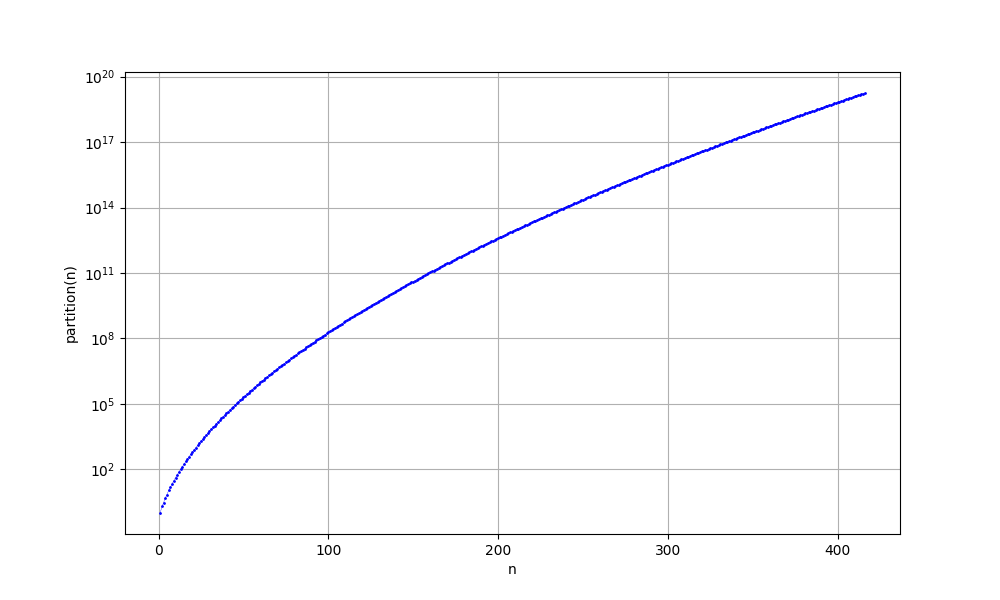
Repository: rizwankaz/partitions
Script's output: python partition_naive_plot.py
An editor plug-in stored every save of this project. The script's output is shown before and after the next save, followed by the edit.
Random numbers start from a fixed seed.

Above is the script's output before, as saved 2024-07-21 16:14:04.

### partition_naive_plot.py
import matplotlib.pyplot as plt

n_values = []
partition_values = []

with open("runtime_data.txt", "r") as file:
    next(file)
    for line in file:
        parts = line.strip().split('\t')
        n = int(parts[0])
        partition = int(parts[1])
        n_values.append(n)
        partition_values.append(partition)

plt.figure(figsize=(10, 6))
plt.plot(n_values, partition_values, marker='o', linestyle='-', color='b', linewidth=0.25, markersize=1)
plt.xlabel('n')
plt.ylabel('partition(n)')
plt.yscale('log')
plt.grid(True)
plt.savefig("partition_plot.png")
plt.show()

### runtime_data.txt
n	partition(n)	runtime
1	1	2.583e-06
2	2	1.25e-06
3	3	1.208e-06
4	5	1.625e-06
5	7	1.5e-06
6	11	1.708e-06
7	15	1.75e-06
8	22	2.125e-06
9	30	2.125e-06
10	42	2.5e-06
11	56	2.5e-06
12	77	3e-06
13	101	3.042e-06
14	135	3.459e-06
15	176	3.667e-06
16	231	4e-06
17	297	4.209e-06
18	385	4.709e-06
19	490	4.917e-06
20	627	5.458e-06
21	792	5.75e-06
22	1002	6.25e-06
23	1255	6.542e-06
24	1575	7.083e-06
25	1958	7.375e-06
26	2436	8.042e-06
27	3010	8.375e-06
28	3718	9.083e-06
29	4565	9.459e-06
30	5604	9.917e-06
31	6842	1.0666e-05
32	8349	1.1167e-05
33	10143	1.1709e-05
34	12310	1.2125e-05
35	14883	1.275e-05
36	17977	1.3417e-05
37	21637	1.4125e-05
38	26015	1.4708e-05
39	31185	1.5417e-05
40	37338	1.6125e-05
41	44583	1.6958e-05
42	53174	1.7667e-05
43	63261	1.8167e-05
44	75175	1.9e-05
45	89134	1.9792e-05
46	105558	2.0625e-05
47	124754	2.1417e-05
48	147273	2.2208e-05
49	173525	2.3042e-05
50	204226	2.3958e-05
51	239943	2.475e-05
52	281589	2.5541e-05
53	329931	2.65e-05
54	386155	2.7458e-05
55	451276	2.8292e-05
56	526823	2.9333e-05
57	614154	3.025e-05
58	715220	4.6542e-05
59	831820	1.9417e-05
60	966467	1.2625e-05
61	1121505	1.2833e-05
62	1300156	1.3167e-05
63	1505499	1.35e-05
64	1741630	1.4e-05
65	2012558	1.4333e-05
66	2323520	1.475e-05
67	2679689	1.5166e-05
68	3087735	1.5583e-05
69	3554345	1.6e-05
70	4087968	1.6375e-05
71	4697205	1.6875e-05
72	5392783	1.7292e-05
73	6185689	1.7917e-05
74	7089500	1.8333e-05
75	8118264	1.8666e-05
76	9289091	1.9125e-05
77	10619863	1.9542e-05
78	12132164	2.0042e-05
79	13848650	2.0542e-05
80	15796476	2.1e-05
81	18004327	2.1625e-05
82	20506255	2.2041e-05
83	23338469	2.2542e-05
84	26543660	2.2959e-05
85	30167357	2.3584e-05
86	34262962	2.4041e-05
87	38887673	2.4625e-05
88	44108109	2.525e-05
89	49995925	2.5667e-05
90	56634173	2.6292e-05
91	64112359	2.6792e-05
92	72533807	2.725e-05
93	82010177	2.8e-05
94	92669720	2.8375e-05
95	104651419	2.9042e-05
96	118114304	2.9709e-05
97	133230930	3.025e-05
98	150198136	3.0958e-05
99	169229875	3.1416e-05
100	190569292	3.2125e-05
101	214481126	3.2583e-05
102	241265379	3.3333e-05
103	271248950	3.4041e-05
104	304801365	3.45e-05
105	342325709	3.5042e-05
106	384276336	3.575e-05
107	431149389	3.6375e-05
108	483502844	3.7083e-05
109	541946240	3.7583e-05
110	607163746	3.825e-05
111	679903203	3.9042e-05
112	761002156	3.9667e-05
113	851376628	4.025e-05
114	952050665	4.75e-05
115	1064144451	4.9875e-05
116	1188908248	4.2625e-05
117	1327710076	4.3167e-05
118	1482074143	4.3958e-05
119	1653668665	4.45e-05
120	1844349560	4.5334e-05
121	2056148051	4.6167e-05
122	2291320912	4.6666e-05
123	2552338241	4.7417e-05
124	2841940500	4.8208e-05
125	3163127352	4.8958e-05
126	3519222692	5.3709e-05
127	3913864295	5.0416e-05
128	4351078600	5.1292e-05
129	4835271870	5.1875e-05
130	5371315400	5.2791e-05
131	5964539504	5.3417e-05
132	6620830889	5.4167e-05
133	7346629512	5.5167e-05
134	8149040695	5.5875e-05
135	9035836076	5.6667e-05
136	10015581680	5.7459e-05
137	11097645016	5.8291e-05
138	12292341831	5.9125e-05
139	13610949895	5.9917e-05
140	15065878135	6.0833e-05
141	16670689208	6.1542e-05
142	18440293320	6.2417e-05
143	20390982757	6.3375e-05
144	22540654445	6.425e-05
145	24908858009	6.5041e-05
146	27517052599	6.5959e-05
147	30388671978	6.6792e-05
148	33549419497	6.7625e-05
149	37027355200	6.875e-05
150	40853235313	6.9541e-05
151	45060624582	7.05e-05
152	49686288421	7.1458e-05
153	54770336324	7.2291e-05
154	60356673280	7.3167e-05
155	66493182097	7.4333e-05
156	73232243759	7.5084e-05
157	80630964769	0.000161292
158	88751778802	0.0001745
159	97662728555	0.000176792
160	107438159466	0.000178291
161	118159068427	0.000180834
162	129913904637	0.000183208
163	142798995930	0.000185
164	156919475295	0.000187167
165	172389800255	0.0001895
166	189334822579	0.000191584
167	207890420102	0.000194
168	228204732751	0.000196375
169	250438925115	0.000198166
170	274768617130	0.000204959
171	301384802048	0.000203334
172	330495499613	0.000205458
173	362326859895	0.000207583
174	397125074750	0.000209791
175	435157697830	0.000212375
176	476715857290	0.00021475
177	522115831195	0.000216833
178	571701605655	0.000219458
179	625846753120	0.000221625
180	684957390936	0.000223625
181	749474411781	0.000225916
182	819876908323	0.000228125
183	896684817527	0.000230416
184	980462880430	0.000233208
185	1071823774337	0.000235708
186	1171432692373	0.000237917
187	1280011042268	0.000240375
188	1398341745571	0.000242792
189	1527273599625	0.0002455
190	1667727404093	0.00024775
191	1820701100652	0.000250917
192	1987276856363	0.000254083
193	2168627105469	0.000256667
194	2366022741845	0.00025875
195	2580840212973	0.000261125
196	2814570987591	0.000263333
197	3068829878530	0.000266
198	3345365983698	0.000269042
199	3646072432125	0.000271375
200	3972999029388	0.00027425
201	4328363658647	0.000236584
202	4714566886083	0.000229834
203	5134205287973	0.000232292
204	5590088317495	0.00023425
205	6085253859260	0.000236375
206	6622987708040	0.00023875
207	7206841706490	0.000240667
208	7840656226137	0.0002435
209	8528581302375	0.000245916
210	9275102575355	0.000248209
211	10085065885767	0.00025125
212	10963707205259	0.000255708
213	11916681236278	0.000255667
214	12950095925895	0.000258125
215	14070545699287	0.000260416
216	15285151248481	0.000262916
217	16601598107914	0.000265166
218	18028182516671	0.000272209
219	19573856161145	0.000282
220	21248279009367	0.000282416
221	23061871173849	0.000273917
222	25025873760111	0.0002765
223	27152408925615	0.000279292
224	29454549941750	0.000281917
225	31946390696157	0.000286708
226	34643126322519	0.000289333
227	37561133582570	0.000290458
228	40718063627362	0.000295792
229	44132934884255	0.000294917
230	47826239745920	0.000297458
231	51820051838712	0.000300125
232	56138148670947	0.00030275
233	60806135438329	0.000305292
234	65851585970275	0.000307583
235	71304185514919	0.000310667
236	77195892663512	0.000312959
237	83561103925871	0.00029425
238	90436839668817	0.000272042
239	97862933703585	0.0002745
240	105882246722733	0.000277083
241	114540884553038	0.00027875
242	123888443077259	0.000280833
243	133978259344888	0.000283625
244	144867692496445	0.000285708
245	156618412527946	0.000288167
246	169296722391554	0.000289917
247	182973889854026	0.000292083
248	197726516681672	0.000294417
249	213636919820625	0.000296916
250	230793554364681	0.000299167
251	249291451168559	0.000301792
252	269232701252579	0.00030425
253	290726957916112	0.000309667
254	313891991306665	0.00030875
255	338854264248680	0.00031425
256	365749566870782	0.000317792
257	394723676655357	0.000318708
258	425933084409356	0.00031825
259	459545750448675	0.000320625
260	495741934760846	0.000325833
261	534715062908609	0.000325541
262	576672674947168	0.000328042
263	621837416509615	0.000333292
264	670448123060170	0.000333084
265	722760953690372	0.000335458
266	779050629562167	0.000340584
267	839611730366814	0.000340334
268	904760108316360	0.000342917
269	974834369944625	0.000329083
270	1050197489931117	0.000301833
271	1131238503938606	0.000304417
272	1218374349844333	0.000310792
273	1312051800816215	0.000316791
274	1412749565173450	0.000322
275	1520980492851175	0.00031575
276	1637293969337171	0.000315375
277	1762278433057269	0.000317584
278	1896564103591584	0.00031975
279	2040825852575075	0.000321916
280	2195786311682516	0.00032425
281	2362219145337711	0.000326625
282	2540952590045698	0.000328834
283	2732873183547535	0.000330917
284	2938929793929555	0.0003335
285	3160137867148997	0.000335833
286	3397584011986773	0.000365209
287	3652430836071053	0.00034325
288	3925922161489422	0.000342791
289	4219388528587095	0.000345125
290	4534253126900886	0.0003475
291	4872038056472084	0.000349792
292	5234371069753672	0.000352209
293	5622992691950605	0.000357459
294	6039763882095515	0.000367208
295	6486674127079088	0.000359667
296	6965850144195831	0.000361833
297	7479565078510584	0.000364291
298	8030248384943040	0.000366667
299	8620496275465025	0.000369125
300	9253082936723602	0.000371459
301	9930972392403501	0.000379959
302	10657331232548839	0.000397459
303	11435542077822104	0.000378958
304	12269218019229465	0.000348167
305	13162217895057704	0.000341792
306	14118662665280005	0.000341167
307	15142952738857194	0.000343375
308	16239786535829663	0.000348292
309	17414180133147295	0.000350583
310	18671488299600364	0.000349959
311	20017426762576945	0.000352417
312	21458096037352891	0.000354417
313	23000006655487337	0.000356792
314	24650106150830490	0.000358791
315	26415807633566326	0.000365042
316	28305020340996003	0.000365667
317	30326181989842964	0.000366541
318	32488293351466654	0.000370666
319	34800954869440830	0.000370292
320	37274405776748077	0.000391166
321	39919565526999991	0.000377416
322	42748078035954696	0.000377
323	45772358543578028	0.000379375
324	49005643635237875	0.00038175
325	52462044228828641	0.000380542
326	56156602112874289	0.000346125
327	60105349839666544	0.000348208
328	64325374609114550	0.000350375
329	68834885946073850	0.000355584
330	73653287861850339	0.000354708
331	78801255302666615	0.000356833
332	84300815636225119	0.000358833
333	90175434980549623	0.000360875
334	96450110192202760	0.000363125
335	103151466321735325	0.000365334
336	110307860425292772	0.000367417
337	117949491546113972	0.000372167
338	126108517833796355	0.000371458
339	134819180623301520	0.000373625
340	144117936527873832	0.000390417
341	154043597379576030	0.000378208
342	164637479165761044	0.000380209
343	175943559810422753	0.000382583
344	188008647052292980	0.000384875
345	200882556287683159	0.000387084
346	214618299743286299	0.00038925
347	229272286871217150	0.000415208
348	244904537455382406	0.000426333
349	261578907351144125	0.000416125
350	279363328483702152	0.00041275
351	298330063062758076	0.0004005
352	318555973788329084	0.000373666
353	340122810048577428	0.000370333
354	363117512048110005	0.000374958
355	387632532919029223	0.000374416
356	413766180933342362	0.000376458
357	441622981929358437	0.000381333
358	471314064268398780	0.000380833
359	502957566506000020	0.000382916
360	536679070310691121	0.000385125
361	572612058898037559	0.000394625
362	610898403751884101	0.000388958
363	651688879997206959	0.000391166
364	695143713458946040	0.000393375
365	741433159884081684	0.000395417
366	790738119649411319	0.000406625
367	843250788562528427	0.000388791
368	899175348396088349	0.000370083
369	958728697912338045	0.000375334
370	1022141228367345362	0.000374333
371	1089657644424399782	0.000376417
372	1161537834849962850	0.000378208
373	1238057794119125085	0.0003805
374	1319510599727473500	0.000384917
375	1406207446561484054	0.000384416
376	1498478743590581081	0.000386667
377	1596675274490756791	0.000391334
378	1701169427975813525	0.000390459
379	1812356499739472950	0.000392459
380	1930656072350465812	0.0003945
381	2056513475336633805	0.0003965
382	2190401332423765131	0.000398708
383	2332821198543892336	0.000416458
384	2484305294265418180	0.000403209
385	2645418340688763701	0.000404833
386	2816759503217942792	0.000406958
387	2998964447736452194	0.00040025
388	3192707518433532826	0.000384417
389	3398704041358160275	0.000386416
390	3617712763867604423	0.000388334
391	3850538434667429186	0.000390333
392	4098034535626594791	0.000392417
393	4361106170762284114	0.000394417
394	4640713124699623515	0.00039625
395	4937873096788191655	0.000398375
396	5253665124416975163	0.000400959
397	5589233202595404488	0.000402458
398	5945790114707874597	0.000404583
399	6324621482504294325	0.000406375
400	6727090051741041926	0.00040825
401	7154640222653942321	0.000410334
402	7608802843339879269	0.0004125
403	8091200276484465581	0.0004475
404	8603551759348655060	0.000426292
405	9147679068859117602	0.000429958
406	9725512513742021729	0.000433292
407	10339097267123947241	0.000427292
408	10990600063775926994	0.000427375
409	11682316277192317780	0.000425917
410	12416677403151190382	0.000428625
411	13196258966925435702	0.000424458
412	14023788883518847344	0.000401375
413	14902156290309948968	0.000403417
414	15834420884488187770	0.000405417
415	16823822787139235544	0.000407291
416	17873792969689876004	0.000411875

After the next save:
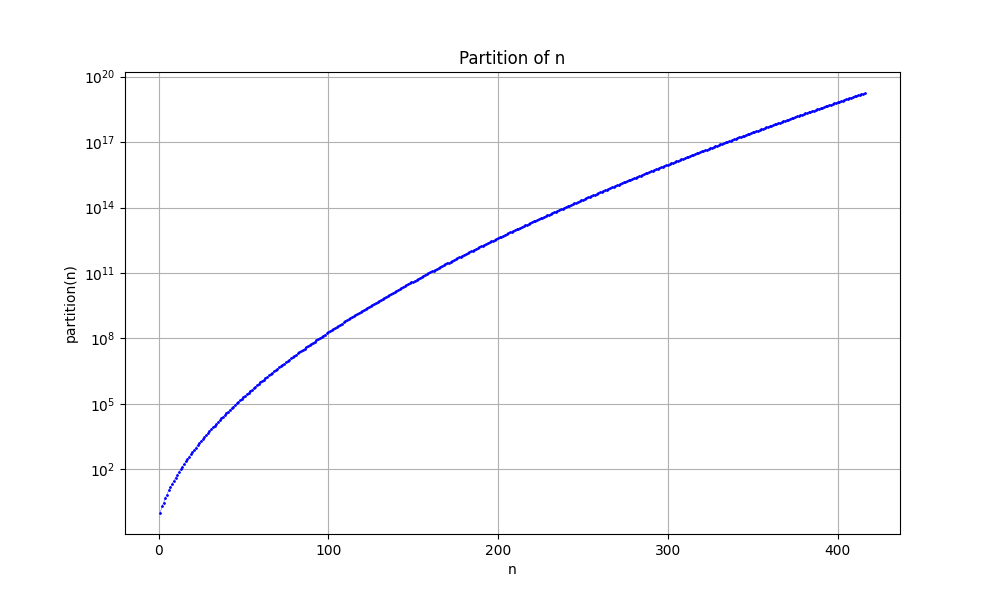
Saved 30 s later.
--- a/partition_naive_plot.py
+++ b/partition_naive_plot.py
@@ -16,6 +16,7 @@ plt.figure(figsize=(10, 6))
 plt.plot(n_values, partition_values, marker='o', linestyle='-', color='b', linewidth=0.25, markersize=1)
 plt.xlabel('n')
 plt.ylabel('partition(n)')
+plt.title('Partition of n')
 plt.yscale('log')
 plt.grid(True)
 plt.savefig("partition_plot.png")
